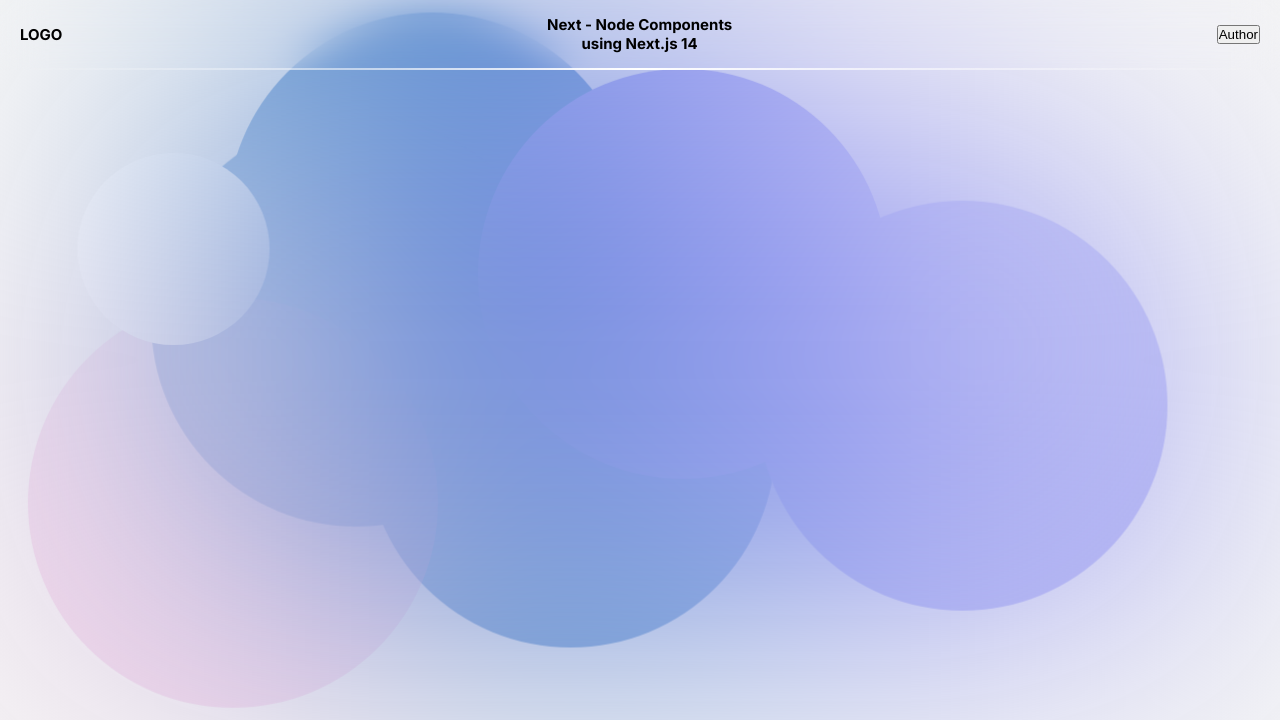
Repository: keval-gohil/komponents
Page: /
These files come from the project's save history. The page is drawn as it stood at one moment and after the next save; the edit follows.
The browser window is 1280 px wide. The pictures show the whole page.
The project was rebuilt for these pictures with package versions that can differ from the ones it lists, and the page was loaded fresh each time. The framework's server and built-in components were replaced by stand-ins that run in the browser. Also part of the build but not shown: next.config.mjs.

Above is the page before, as saved 2024-03-07 12:03:53.

After the next save:
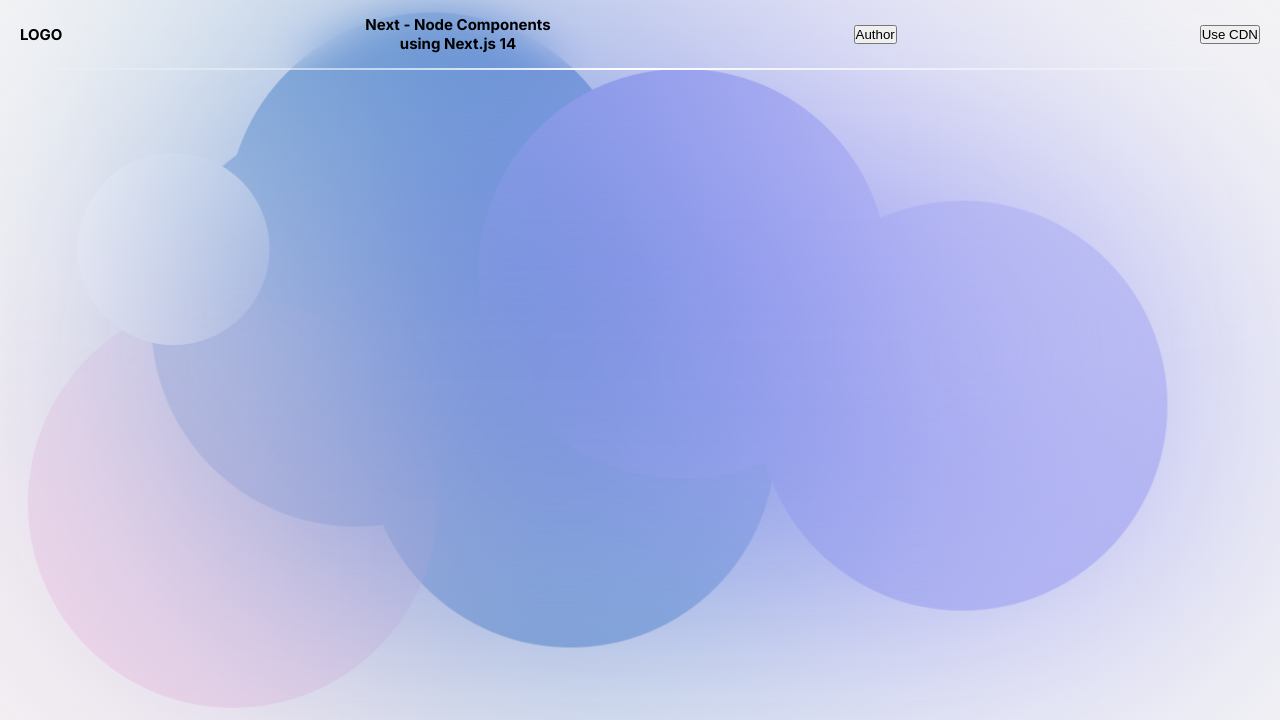
Saved 11 min 55 s later.
--- a/components/reuse/header.js
+++ b/components/reuse/header.js
@@ -12,6 +12,7 @@
                 <span>using Next.js 14</span>
             </h2>
             <button>Author</button>
+            <button>Use CDN</button>
         </nav>
     </>
   )
